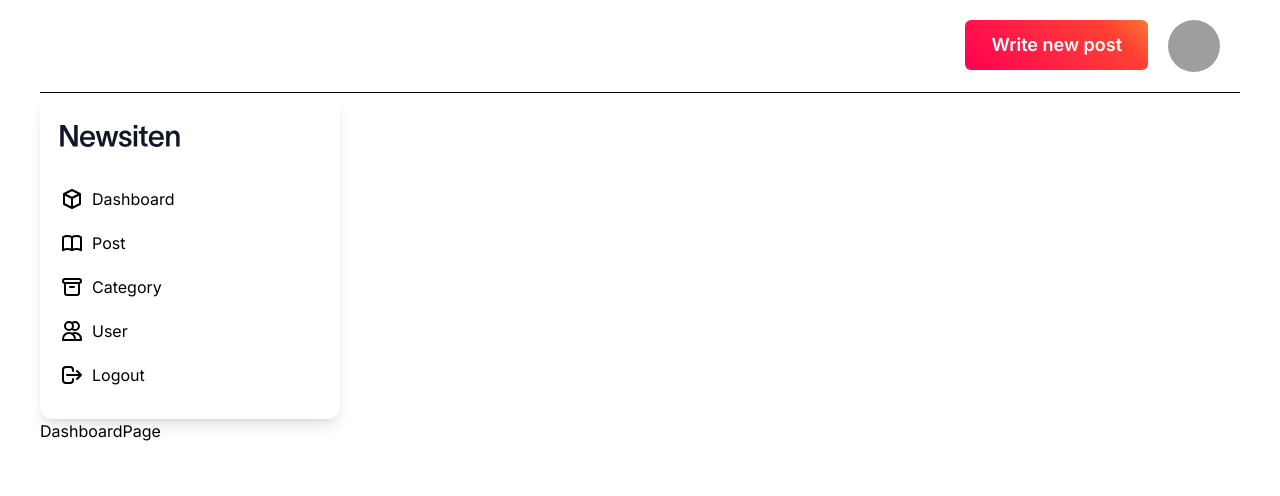
Repository: BrianPhamDev/Blog-App
Page: /dashboard
An editor plug-in stored every save of this project. The page is shown before and after the next save, followed by the edit.
The browser window is 1280 px wide. The pictures show the whole page.
Pictures or frames that could not be fetched are drawn as grey boxes. The project was rebuilt for these pictures with package versions that can differ from the ones it lists, and the page was loaded fresh each time. Also part of the build but not shown: src/pages/signUpPage/signUpPage.scss, src/components/label/label.scss, src/components/label/Label.js, src/components/input/input.scss, src/components/input/Input.js, src/components/input/InputPasswordToggle.js, src/components/input/index.js, src/pages/authenticationPage/authenticationPage.scss and 23 more. Imported but missing from the stored project, and not drawn on this page: src/components/icons.

Above is the page before, as saved 2023-08-02 20:45:53.

After the next save:
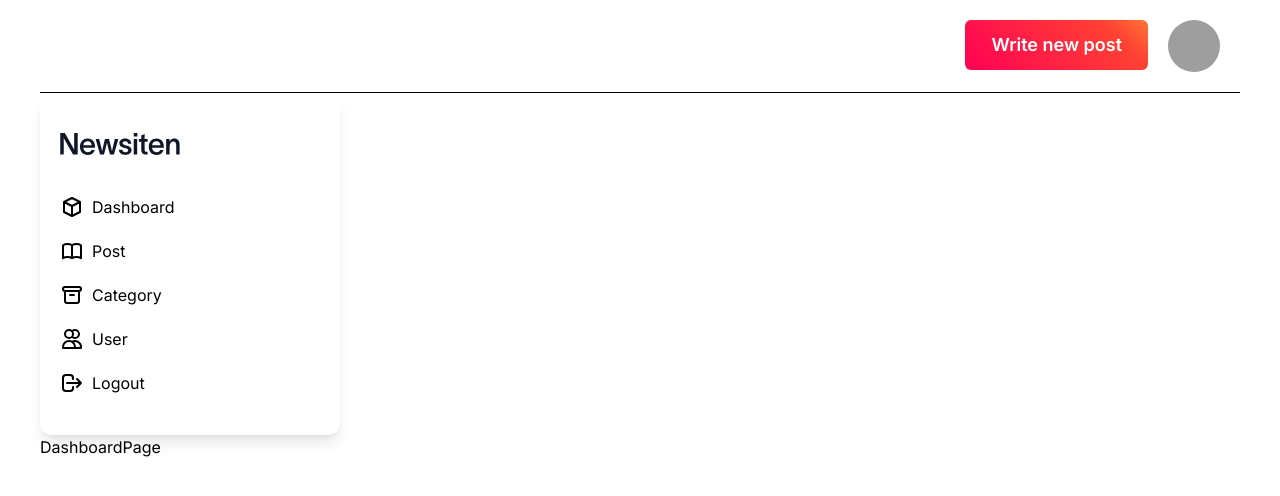
Saved 12 s later.
--- a/src/module/dashboard/Sidebar.js
+++ b/src/module/dashboard/Sidebar.js
@@ -107,7 +107,7 @@ const sidebarLinks = [
 
 const Sidebar = ({ children }) => {
   return (
-    <div className="sidebar-wrapper max-w-[300px] bg-white shadow-lg rounded-xl px-5 py-8 flex flex-col gap-5">
+    <div className="sidebar-wrapper max-w-[300px] bg-white shadow-lg rounded-xl px-5 py-[40px] flex flex-col gap-5">
       <div className="sidebar-logo mb-5">
         <img src="./Logo.svg" alt="Newsiten" className="max-w-[120px]" />
       </div>
